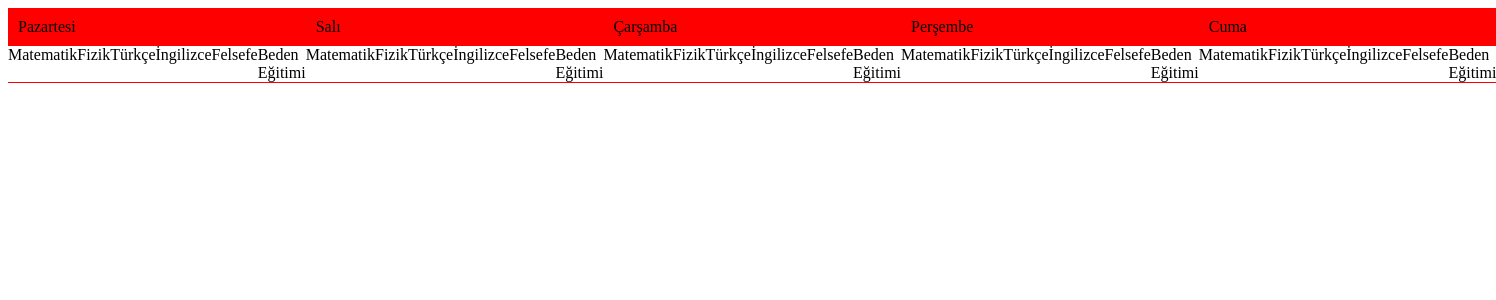
Repository: ahmetbugraozcan/css-ders-programi
Page: deneme2.html
These files come from the project's save history. The page is drawn as it stood at one moment and after a run of saves; the edit follows.
The browser window is 1280 px wide. The page is 1496 px wide, then 1280 px, so the pictures cover 1496 px, including what lies to the right of the window. The pictures show the whole page.

Above is the page before, as saved 2021-07-10 14:12:13.

### deneme2.html
<!DOCTYPE html>
<html>

<head>
    <style>
        .head {
            background-color: red;
            padding: 10px 10px;
        }

        .row {
            display: flex;
            flex-direction: row;


        }

        .column>div {
            border-bottom: 1px solid red;
        }

        .row>div {}

        .column {
            display: flex;

            flex-direction: column;
        }
    </style>
</head>

<body>
    <div class="row">
        <div>
            <div class="head"> Pazartesi</div>
            <div class="column">
                <div class="row">
                    <div>Matematik</div>
                    <div>Fizik</div>
                    <div>Türkçe</div>
                    <div>İngilizce</div>
                    <div>Felsefe</div>
                    <div>Beden Eğitimi</div>
                </div>
            </div>
        </div>
        <div>
            <div class="head">Salı</div>
            <div class="column">
                <div class="row">
                    <div>Matematik</div>
                    <div>Fizik</div>
                    <div>Türkçe</div>
                    <div>İngilizce</div>
                    <div>Felsefe</div>
                    <div>Beden Eğitimi</div>
                </div>
            </div>

        </div>
        <div>
            <div class="head">Çarşamba</div>
            <div class="column">
                <div class="row">
                    <div>Matematik</div>
                    <div>Fizik</div>
                    <div>Türkçe</div>
                    <div>İngilizce</div>
                    <div>Felsefe</div>
                    <div>Beden Eğitimi</div>
                </div>
            </div>
        </div>
        <div>
            <div class="head">Perşembe</div>
            <div class="column">
                <div class="row">
                    <div>Matematik</div>
                    <div>Fizik</div>
                    <div>Türkçe</div>
                    <div>İngilizce</div>
                    <div>Felsefe</div>
                    <div>Beden Eğitimi</div>
                </div>
            </div>
        </div>
        <div>
            <div class="head">Cuma</div>
            <div class="column">
                <div class="row">
                    <div>Matematik</div>
                    <div>Fizik</div>
                    <div>Türkçe</div>
                    <div>İngilizce</div>
                    <div>Felsefe</div>
                    <div>Beden Eğitimi</div>
                </div>
            </div>
        </div>
    </div>

</body>

</html>

After the next 2 saves:
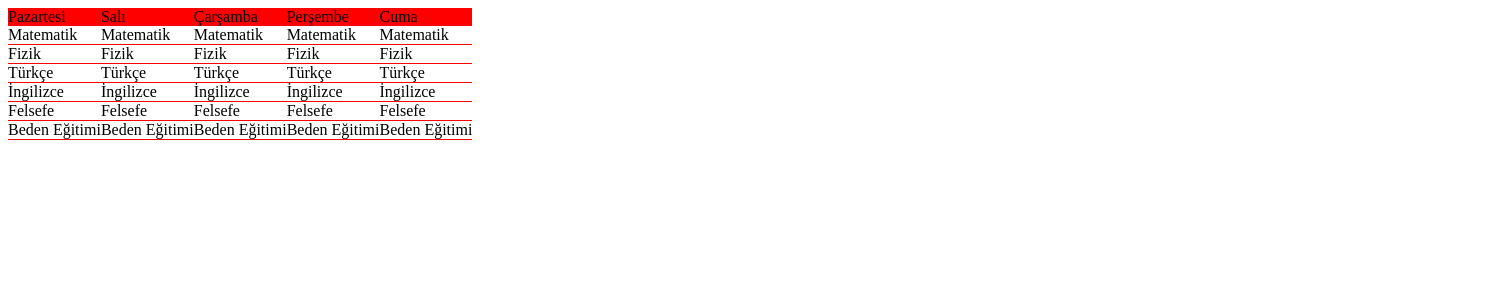
The 2 saves are shown as one change because they came seconds apart.
The last was saved 21 s later.
--- a/deneme2.html
+++ b/deneme2.html
@@ -3,9 +3,9 @@
 
 <head>
     <style>
-        .head {
+        .head{
             background-color: red;
-            padding: 10px 10px;
+            padding: 0px 0x;
         }
 
         .row {
@@ -14,17 +14,20 @@
 
 
         }
-
-        .column>div {
+        .column > div{
             border-bottom: 1px solid red;
         }
+        .row > div{
 
-        .row>div {}
+        }
 
         .column {
             display: flex;
 
             flex-direction: column;
+
+            width: 400;
+            height: 400;
         }
     </style>
 </head>
@@ -34,67 +37,53 @@
         <div>
             <div class="head"> Pazartesi</div>
             <div class="column">
-                <div class="row">
-                    <div>Matematik</div>
-                    <div>Fizik</div>
-                    <div>Türkçe</div>
-                    <div>İngilizce</div>
-                    <div>Felsefe</div>
-                    <div>Beden Eğitimi</div>
-                </div>
+                <div>Matematik</div>
+                 <div>Fizik</div>
+                <div>Türkçe</div>
+                <div>İngilizce</div>
+                <div>Felsefe</div>
+                <div>Beden Eğitimi</div>
             </div>
         </div>
-        <div>
-            <div class="head">Salı</div>
+        <div><div class="head">Salı</div>
             <div class="column">
-                <div class="row">
-                    <div>Matematik</div>
-                    <div>Fizik</div>
-                    <div>Türkçe</div>
-                    <div>İngilizce</div>
-                    <div>Felsefe</div>
-                    <div>Beden Eğitimi</div>
-                </div>
+                <div>Matematik</div>
+                <div>Fizik</div>
+               <div>Türkçe</div>
+               <div>İngilizce</div>
+               <div>Felsefe</div>
+               <div>Beden Eğitimi</div>
             </div>
 
         </div>
-        <div>
-            <div class="head">Çarşamba</div>
+        <div><div class="head">Çarşamba</div>
             <div class="column">
-                <div class="row">
-                    <div>Matematik</div>
-                    <div>Fizik</div>
-                    <div>Türkçe</div>
-                    <div>İngilizce</div>
-                    <div>Felsefe</div>
-                    <div>Beden Eğitimi</div>
-                </div>
+                <div>Matematik</div>
+                <div>Fizik</div>
+               <div>Türkçe</div>
+               <div>İngilizce</div>
+               <div>Felsefe</div>
+               <div>Beden Eğitimi</div>
             </div>
         </div>
-        <div>
-            <div class="head">Perşembe</div>
+        <div><div class="head">Perşembe</div>
             <div class="column">
-                <div class="row">
-                    <div>Matematik</div>
-                    <div>Fizik</div>
-                    <div>Türkçe</div>
-                    <div>İngilizce</div>
-                    <div>Felsefe</div>
-                    <div>Beden Eğitimi</div>
-                </div>
+                <div>Matematik</div>
+                <div>Fizik</div>
+               <div>Türkçe</div>
+               <div>İngilizce</div>
+               <div>Felsefe</div>
+               <div>Beden Eğitimi</div>
             </div>
         </div>
-        <div>
-            <div class="head">Cuma</div>
+        <div><div class="head">Cuma</div>
             <div class="column">
-                <div class="row">
-                    <div>Matematik</div>
-                    <div>Fizik</div>
-                    <div>Türkçe</div>
-                    <div>İngilizce</div>
-                    <div>Felsefe</div>
-                    <div>Beden Eğitimi</div>
-                </div>
+                <div>Matematik</div>
+                <div>Fizik</div>
+               <div>Türkçe</div>
+               <div>İngilizce</div>
+               <div>Felsefe</div>
+               <div>Beden Eğitimi</div>
             </div>
         </div>
     </div>
